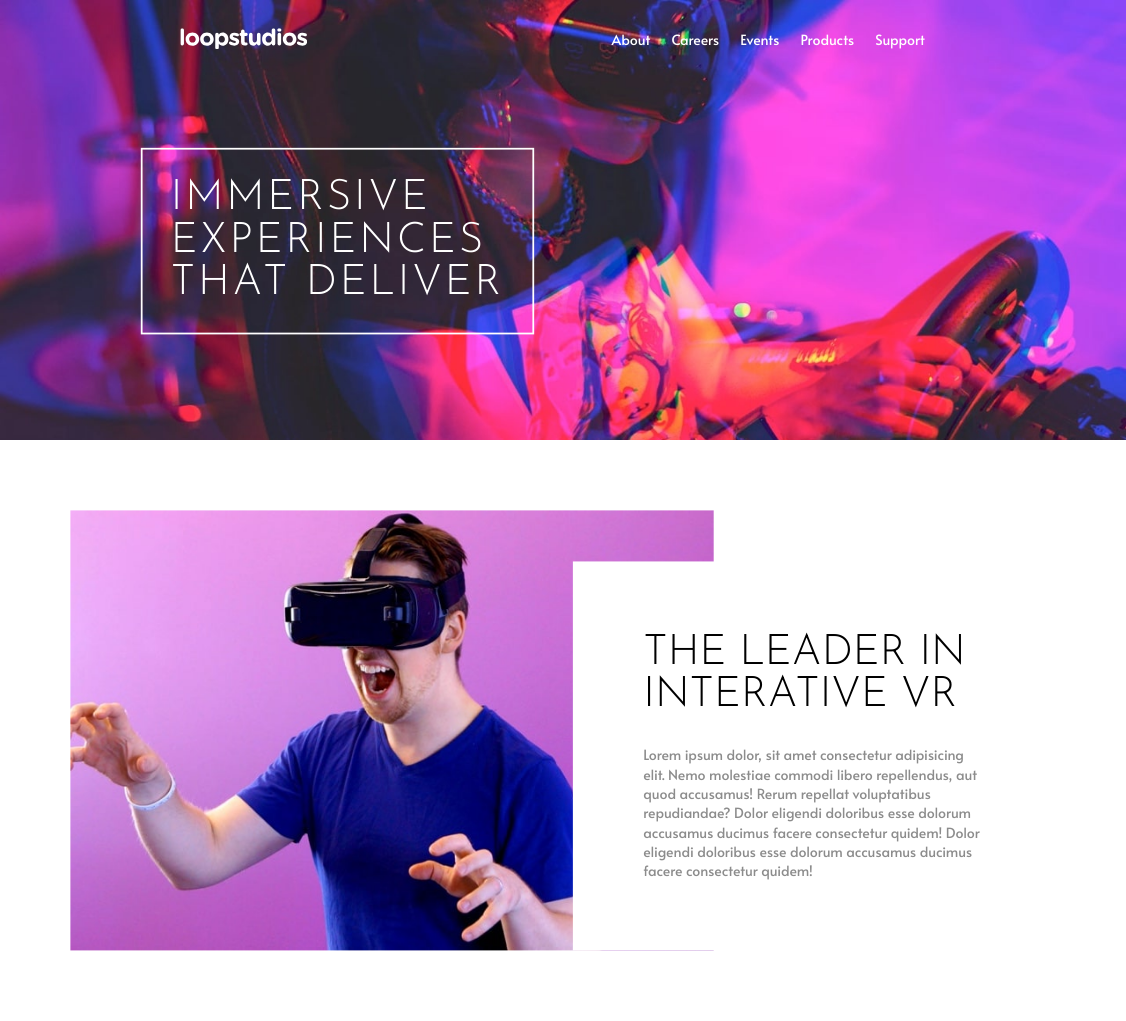
Repository: gligor99/loopstudios-fm
Page: /
These files come from the project's save history. The page is drawn as it stood at one moment and after the next save; the edit follows.
The browser window is 1280 px wide. The pictures show the whole page, at 88% of full size.
Backgrounds fixed to the window are drawn as part of the page. The project was rebuilt for these pictures with package versions that can differ from the ones it lists, and the page was loaded fresh each time.

Above is the page before, as saved 2021-11-28 15:51:46.

### src/index.css
@import url('https://fonts.googleapis.com/css2?family=Alata&family=Josefin+Sans:wght@300&display=swap');

:root {
  --clr-white: hsl(0, 0%, 100%);
  --clr-black: hsl(0, 0%, 0%);
  --clr-dark-gray: hsl(0, 0%, 55%);
  --clr-very-dark-gray: hsl(0, 0%, 41%)
}

*,
::after,
::before {
  margin: 0;
  padding: 0;
  box-sizing: border-box;
}

body {
  font-family: "Alata", sans-serif;
  background: var(--clr-light-grayish-cyan);
  color: var(--clr-grey-1);
  font-size: 1rem;
}

### src/App.jsx
import About from "./components/About/About";
import Hero from "./components/Hero/Hero";


function App() {
  return (
    <div className="App">
      <Hero />
      <About />
    </div>
  );
}

export default App;

### src/components/About/About.jsx
import "./about.css";
import image from "../../assets/desktop/image-interactive.jpg";

const About = () => {
  return (
    <div className="about-container">
      <img className="image-interactive" src={image} alt="interactive.jpg" />
      <div className="about-content">
        <h1 className="about-title">The leader in <br />interative VR</h1>
        <p className="about-p">
          Lorem ipsum dolor, sit amet consectetur adipisicing elit. Nemo
          molestiae commodi libero repellendus, aut quod accusamus! Rerum
          repellat voluptatibus repudiandae? Dolor eligendi doloribus esse
          dolorum accusamus ducimus facere consectetur quidem! Dolor eligendi doloribus esse
          dolorum accusamus ducimus facere consectetur quidem!
        </p>
      </div>
    </div>
  );
};

export default About;

### src/components/Hero/Hero.jsx
import React from "react";
import Navbar from "../Navbar/Navbar";
import "./hero.css";

const Hero = () => {
  return (
    <div className="container">
      <Navbar />
      <div className="container-content">
        <h1 className="title">
          Immersive <br /> experiences <br />
          that deliver
        </h1>
      </div>
    </div>
  );
};

export default Hero;

### src/components/About/about.css
.about-container {
  display: flex;
  justify-content: center;
  align-items: flex-end;
  margin: auto;
  padding: 5rem;
}

.image-interactive {
  height: 80%;
  z-index: -1;
}
.about-content {
  background-color: var(--clr-white);
  z-index: 1;
  height: 80%;
  padding: 5rem;
  margin-left: -10rem;
}

.about-title {
  font-family: "Josefin Sans", sans-serif;
  font-weight: 100;
  font-size: 3rem;
  text-transform: uppercase;
}

.about-p {
  color: var(--clr-dark-gray);
  padding-top: 2rem;
}

### src/components/Navbar/Navbar.jsx
import logo from "../../assets/logo.svg";
import "./navbar.css";

const Navbar = () => {
  return (
    <div className="wrapper">
      <img src={logo} alt="logo.svg" />
      <ul>
        <li>
          <a href="/about">About</a>
        </li>
        <li>
          <a href="/careers">Careers</a>
        </li>
        <li>
          <a href="/events">Events</a>
        </li>
        <li>
          <a href="/products">Products</a>
        </li>
        <li>
          <a href="/support">Support</a>
        </li>
      </ul>
    </div>
  );
};

export default Navbar;

### src/components/Hero/hero.css
.container {
    background: url('../../assets/desktop/image-hero.jpg');
    background-repeat: no-repeat;
    background-attachment: fixed;
    background-size: cover;
    height: 500px;
}
.container-content {
    display: flex;
    margin-top: 5rem;
    margin-left: 10rem;
}

.title {
    border: 2px solid var(--clr-white);
    padding: 2rem;
    text-transform: uppercase;
    font-family: 'Josefin Sans' , sans-serif;
    font-size: 3rem;
    font-weight: 100;
    letter-spacing: 0.2rem;
    color: white;
}

### src/components/Navbar/navbar.css
.wrapper {
  display: flex;
  flex-direction: row;
  justify-content: space-around;
  align-items: center;
  margin: auto;
  padding: 2rem;
  background-color: transparent;
}
img {
  height: 1.5rem;
}
ul {
  display: flex;
  flex-wrap: nowrap;
  justify-content: space-evenly;
}
li {
  list-style-type: none;
  padding-right: 1.5rem;
}
a {
  position: relative;
  display: inline-block;
  text-decoration: none;
  color: var(--clr-white);
}
a:after {
  content: "";
  position: absolute;
  left: 0;
  top: 100%;
  width: 0;
  height: 1.8px;
  background-color: var(--clr-white);
  transition: width 0.2s ease-in-out;
}
a:hover:after {
  width: 100%;
}

Loaded but not shown: public/index.html (common file); src/index.jsx (common file)

After the next save:
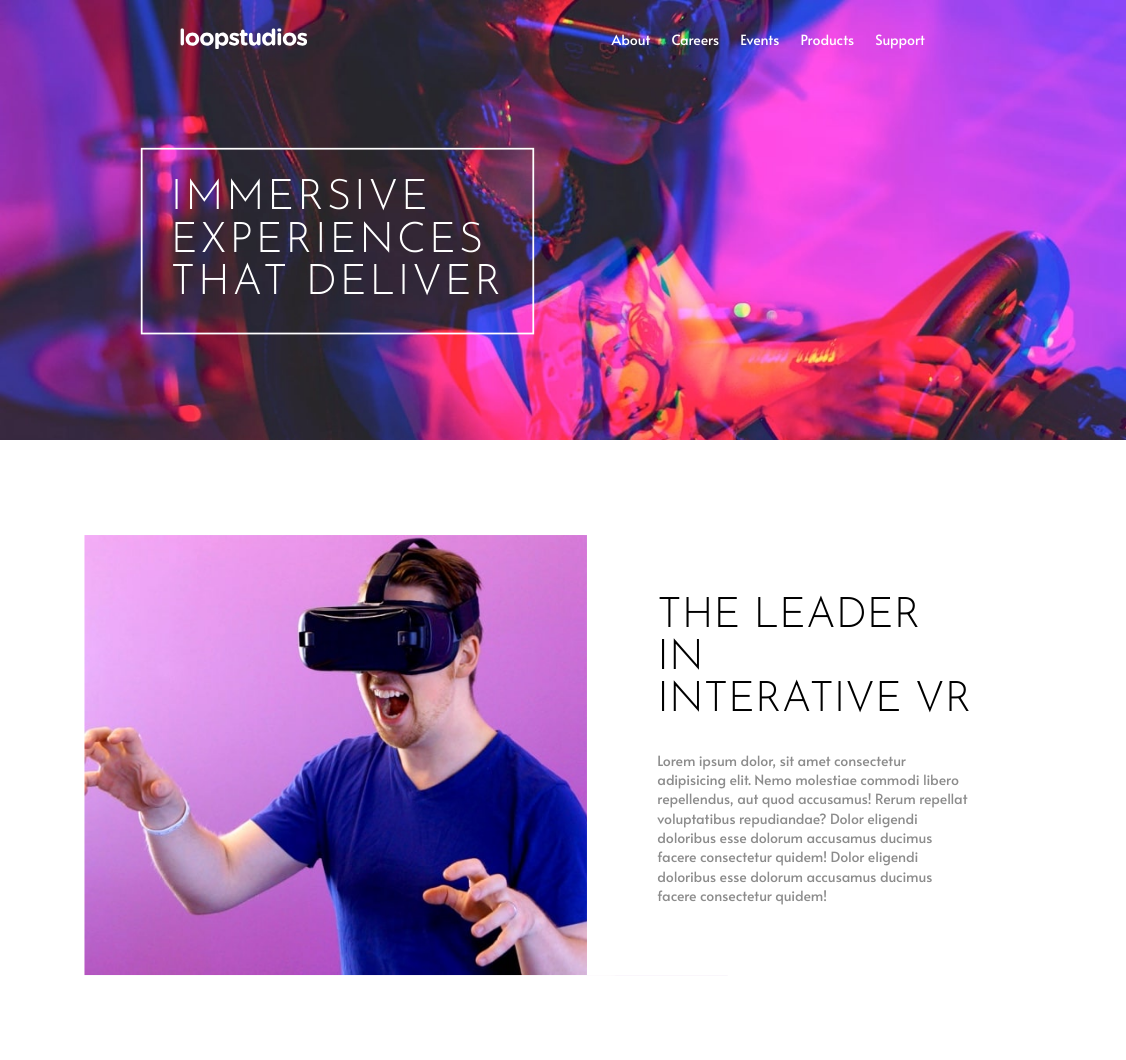
Saved 6 s later.
--- a/src/components/About/about.css
+++ b/src/components/About/about.css
@@ -3,7 +3,7 @@
   justify-content: center;
   align-items: flex-end;
   margin: auto;
-  padding: 5rem;
+  padding: 6rem;
 }
 
 .image-interactive {

After the save that followed:
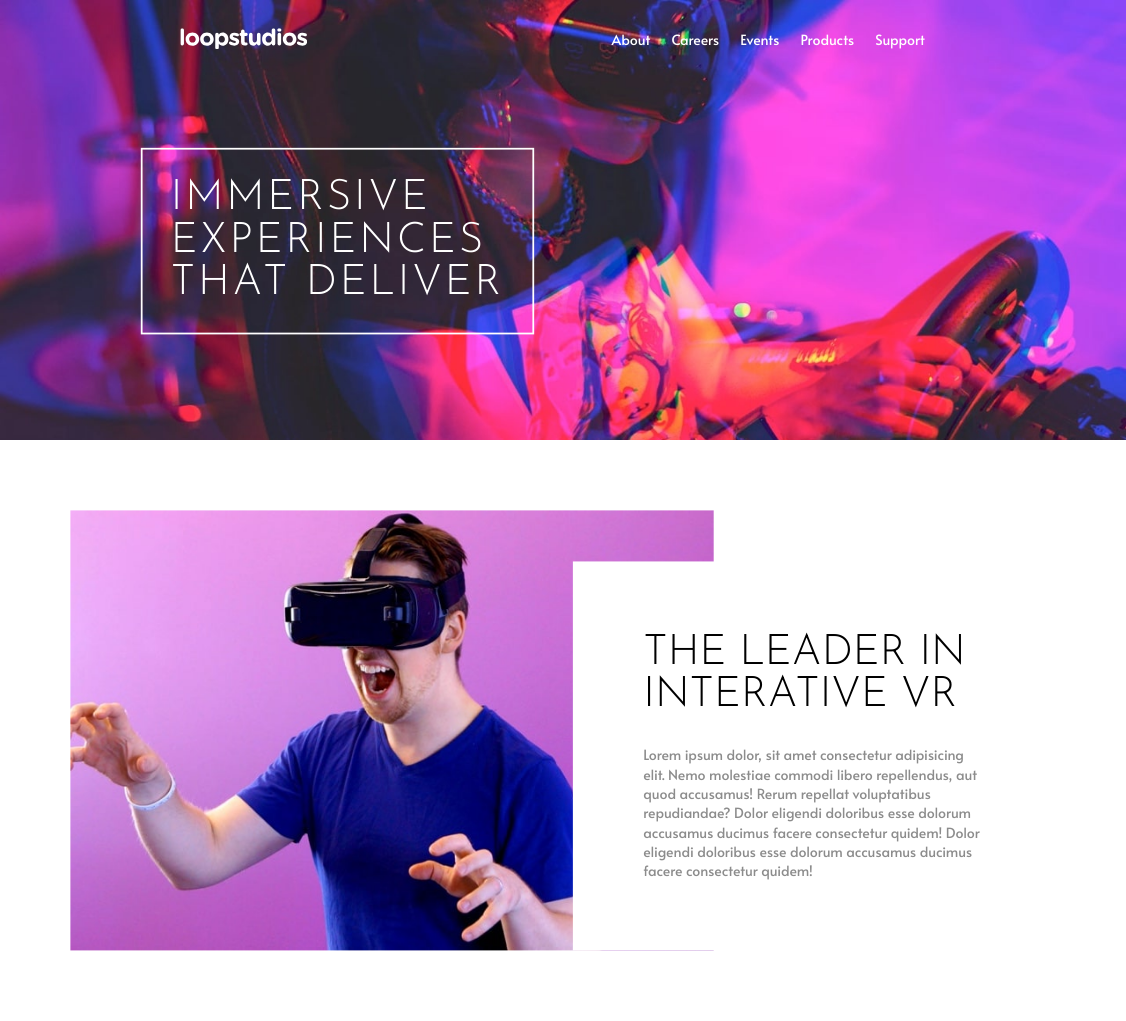
Saved 5 s later.
--- a/src/components/About/about.css
+++ b/src/components/About/about.css
@@ -3,7 +3,7 @@
   justify-content: center;
   align-items: flex-end;
   margin: auto;
-  padding: 6rem;
+  padding: 5rem;
 }
 
 .image-interactive {
